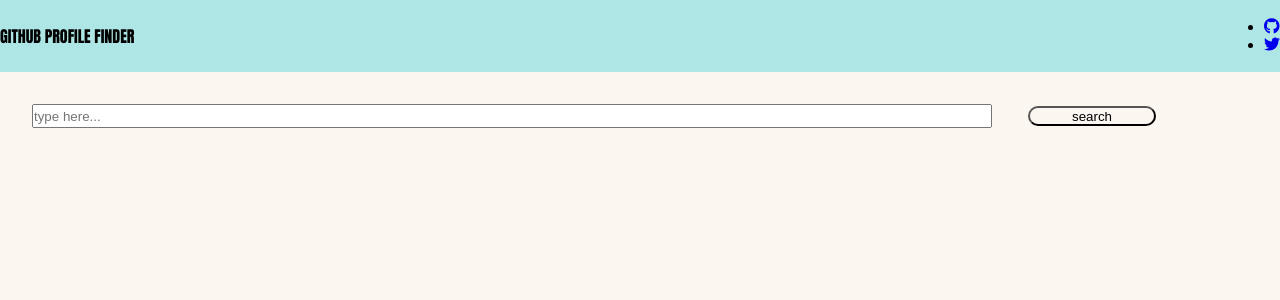
Repository: nilesjamex/githubprofilefinder
Page: index.html
The author's editor kept a copy of each file at every save. The page is drawn from the files as they stood at one save, then again after the next save.
The browser window is 1280 px wide. The pictures show the whole page.

Above is the page before, as saved 2020-11-18 23:24:30.

### index.html
<!DOCTYPE html>
<html lang="en">
<head>
    <meta charset="UTF-8">
    <meta name="viewport" content="width=device-width, initial-scale=1.0">
    <meta http-equiv="X-UA-Compatible" content="IE=7">
    <meta name="description" content="github profile finder niles egbaidomeh">
    <link rel="stylesheet" href="./styles.css">
    <link rel="preconnect" href="https://fonts.gstatic.com">
    <link rel="stylesheet" href="https://use.fontawesome.com/releases/v5.15.1/css/all.css" integrity="sha384-vp86vTRFVJgpjF9jiIGPEEqYqlDwgyBgEF109VFjmqGmIY/Y4HV4d3Gp2irVfcrp" crossorigin="anonymous">
    <link href="https://fonts.googleapis.com/css2?family=Anton&family=Roboto+Condensed:ital,wght@0,700;1,300&display=swap" rel="stylesheet">
    <title>Github Profile Finder</title>
</head>
<body>
  <nav>
      <div class="nav-text">
          GITHUB PROFILE FINDER
      </div>
      <ul>
          <li>
            <a href="https://github.com/nilesjamex/githubprofilefinder"><i class="fab fa-github"></i></a>
          </li>
          <li>
              <a href="https://twitter.com/niles_jamex"><i class="fab fa-twitter"></i></a>
          </li>
      </ul>

  </nav>
  <section>
      <div>
          <form method="get">
              <input type="text" name="" placeholder="type here..." id="" size="70%">
              <input type="submit" value="search">
          </form>
      </div>
      <div class="api-container">

      </div>
  </section>
</body>
</html>

### styles.css
*{
    margin: 0;
    padding: 0;
    box-sizing: border-box;
}
body{
    background-color: #fbf6f0;
}
nav{
    min-height: 10vh;
    background-color: #aee6e6;
    display: flex;
    justify-content: space-between;
    align-items: center;
}
.nav-text{
    font-family: 'Anton', sans-serif;
}
input[type=text]{
    width: 75%;
    margin: 2rem;
    height: 1.5rem;
}
input[type=submit]{
    width: 10%;
    border-radius: 40px;
    background: transparent;
    height: 1.3rem;
}
input[type=submit]:hover{
    background-color: #aee6e6;
}

After the next save:
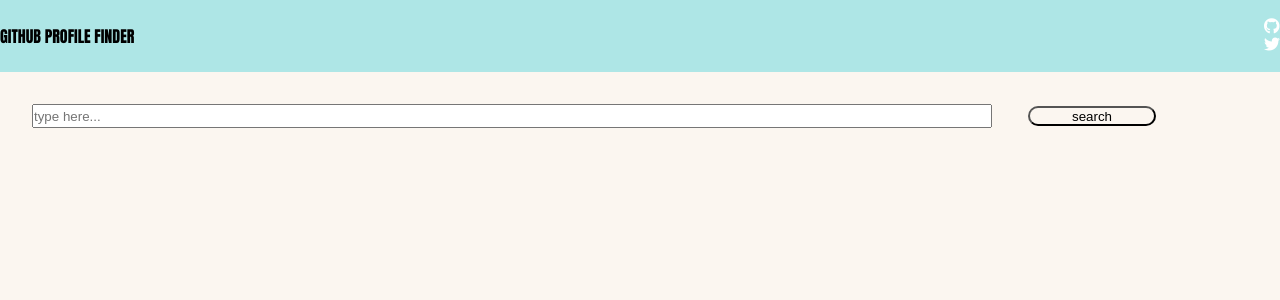
Saved 79 s later.
--- a/styles.css
+++ b/styles.css
@@ -12,6 +12,13 @@
     display: flex;
     justify-content: space-between;
     align-items: center;
+}
+a{
+    text-decoration: none;
+    color: white;
+}
+li{
+    list-style: none;
 }
 .nav-text{
     font-family: 'Anton', sans-serif;
